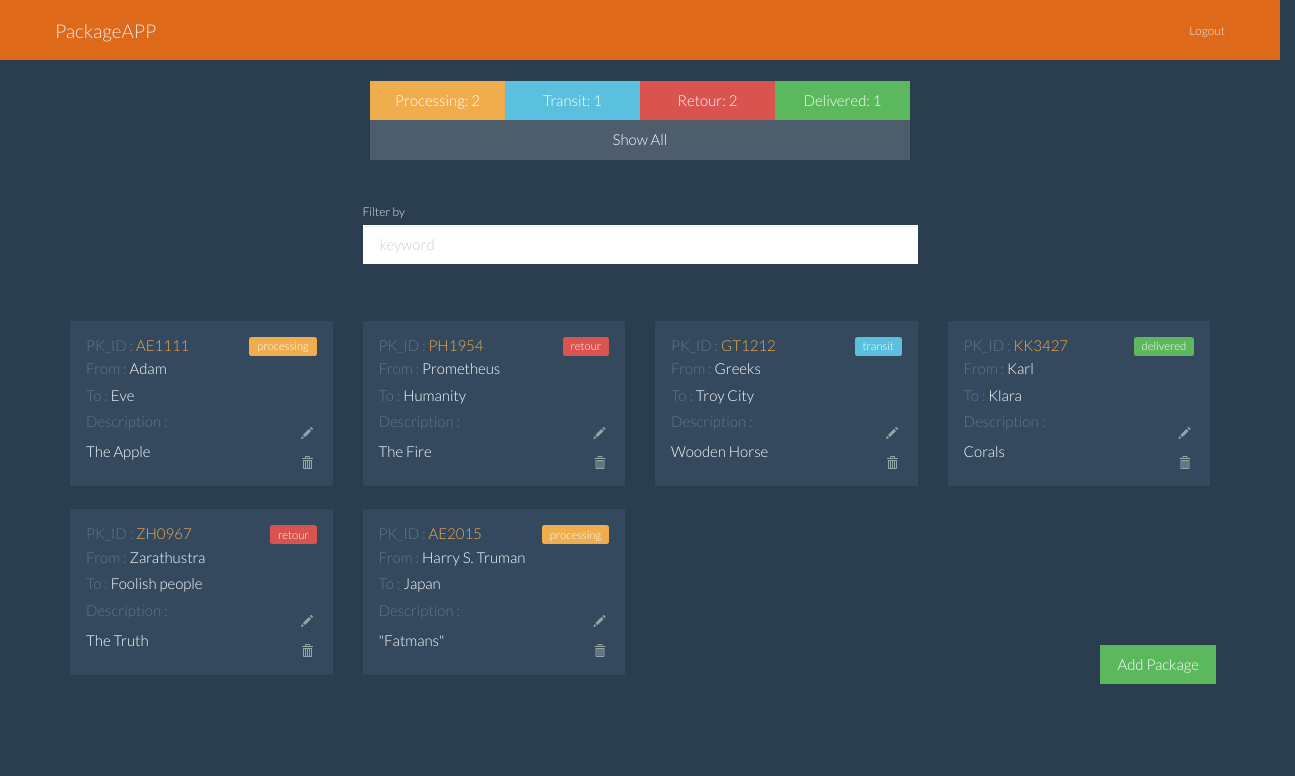
Repository: andreasmihm/aizat
Page: index.html
The author's editor kept a record of every edit. The page is drawn from the files as they stood at one moment, then again after the next edit.
The browser window is 1280 px wide. The page is 1295 px wide, so the pictures cover 1295 px, including what lies to the right of the window. The pictures show the whole page.

Above is the page before.

### index.html
<!DOCTYPE html>
<html>

<head>
  <meta charset="utf-8">
  <title>PackageAPP</title>

  <link rel="stylesheet" href="app/assets/bower_components/bootswatch-dist/css/bootstrap.min.css">
  <link rel="stylesheet" href="app/assets/style/main.css">
  <script src="app/assets/bower_components/jquery/dist/jquery.min.js"></script>
</head>

<body ng-app="PackageApp">

  <nav class="navbar navbar-inverse">
    <div id="wide_nav" class="container">
      <div class="navbar-header">
        <a class="navbar-brand" href="#">PackageAPP</a>
      </div>

      <ul class="nav navbar-nav navbar-right">
        <li><a href="#">Logout</a></li>
      </ul>
    </div>
  </nav>
  <div class="row">
    <div class="container" ng-controller="StatusCtrl">
      <div class="col-md-6 col-md-offset-3">
        <div class="btn-group btn-group-justified">
          <a href="#" class="btn btn-warning" ng-class="checked('processing') ? 'checked' : 'notCh' " ng-click="filterStatus('processing')">Processing: {{ getNumberStatus('processing') }} </a>
          <a href="#" class="btn btn-info" ng-class="checked('transit') ? 'checked' : 'notCh' " ng-click="filterStatus('transit')">Transit: {{ getNumberStatus('transit') }} </a>
          <a href="#" class="btn btn-danger" ng-class="checked('retour') ? 'checked' : 'notCh' " ng-click="filterStatus('retour')">Retour: {{ getNumberStatus('retour') }} </a>
          <a href="#" class="btn btn-success" ng-class="checked('delivered') ? 'checked' : 'notCh' " ng-click="filterStatus('delivered')">Delivered: {{ getNumberStatus('delivered') }} </a>
        </div>
        <div class="btn-group btn-group-justified">
          <a href="#" class="btn btn-default" ng-click="showAll()">Show All</a>
        </div>
      </div>
    </div>
  </div>

  <div class="break">
  </div>

  <div class="container" ng-controller="ListCtrl">
    <div class="row">
      <div class="form-group col-md-6 col-md-offset-3">
        <label class="control-label">Filter by</label>
        <div class="">
          <input class="form-control" placeholder="keyword" type="text" ng-model="search">
        </div>
      </div>
    </div>
    <div class="break">
    </div>
    <div class="row">
      <div class="col-lg-3 col-md-4 col-xs-6 animate-repeat" ng-repeat="pack in packs | filter:search | status">
        <div class="package">
          <div class="alert">
            <h5 class="list-group-item-heading"><span class="text-muted">PK_ID&#09;:</span> <span class="text-warning">{{pack.id}}</span><button type="button" class="btn label label-{{getClass(pack.id)}} pull-right" ng-click="cycStatus(pack.id)">{{pack.status}}</button></h5>
            <p><span class="text-muted">From :</span> {{pack.sen}}</p>
            <p><span class="text-muted">To :</span> {{pack.rec}}</p>
            <p><span class="text-muted">Description :</span></p>
            <h5>{{pack.desc}}</h5>
            <div class="package-ctrl">
              <button ng-click="edit(pack.id)" class="btn btn-sm btn-package"><span class="glyphicon glyphicon-pencil" aria-hidden="true"></span></button>
              <button ng-click="delete(pack.id)" class="btn btn-sm btn-package"><span class="glyphicon glyphicon-trash" aria-hidden="true"></span></button>
            </div>
          </div>
        </div>
      </div>
    </div>
  </div>

  <div class="container" ng-controller="AddCtrl">
    <button id="addPack" class="btn btn-success" ng-click="modalVis = true">Add Package</button>
    <div class="modal" ng-class="modalVis ? 'show' : 'hide' ">
      <div class="modal-dialog">
        <div class="modal-content">
          <div class="modal-header">
            <h4 class="modal-title">Add Package</h4>
          </div>
          <div class="modal-body">
            <form class="form-horizontal">
              <fieldset>
                <div class="form-group">
                  <label for="sender" class="col-lg-2 control-label">Sender</label>
                  <div class="col-lg-10">
                    <input type="text" class="form-control" id="sender" placeholder="sender name" ng-model="sender" required>
                  </div>
                </div>
                <div class="form-group">
                  <label for="recipient" class="col-lg-2 control-label">Recipient</label>
                  <div class="col-lg-10">
                    <input type="text" class="form-control" id="recipient" placeholder="recipient name" ng-model="recipient" required>
                  </div>
                </div>
                <div class="form-group">
                  <label for="description" class="col-lg-2 control-label">Description</label>
                  <div class="col-lg-10">
                    <textarea class="form-control" rows="3" id="description" ng-model="description" required></textarea>
                  </div>
                </div>

                <div class="form-group">
                  <div class="col-lg-10 col-lg-offset-2">
                    <button type="submit" class="btn btn-primary" ng-click="addPack()">Submit</button>
                    <button type="reset" class="btn btn-default" ng-click="modalVis = false">Cancel</button>
                  </div>
                </div>
              </fieldset>
            </form>
          </div>
        </div>
      </div>
    </div>
  </div>

  <div class="doubleBreak">

  </div>


  <!-- bootstrap dependencies -->
  <script src="app/assets/bower_components/bootswatch-dist/js/bootstrap.min.js"></script>
  <!-- angular dependencies -->
  <script src="app/assets/bower_components/angular/angular.min.js"></script>
  <script src="app/assets/bower_components/angular-local-storage/dist/angular-local-storage.min.js"></script>
  <script src="app/assets/bower_components/angular-animate/angular-animate.js"></script>
  <!-- angular appConfig -->
  <script src="app/app.js"></script>
  <script src="app/app.config.js"></script>
  <!-- angular controllers -->
  <script src="app/js/controllers/addCtrl.js"></script>
  <script src="app/js/controllers/statusCtrl.js"></script>
  <script src="app/js/controllers/listCtrl.js"></script>
  <!-- angular services -->
  <script src="app/js/services/packageService.js"></script>



</body>

</html>

### app/assets/style/main.css
#wide_nav {
    padding: 10px 0;
}

#id {
    display: block;
    height: 100px !important;
}

.break {
    width: 100%;
    height: 40px;
}

.doubleBreak {
    width: 100%;
    height: 80px;
}

.package {
    background:#34495e;
    margin: 2px 0;
}

.package-ctrl {
    position:absolute;
    right: 8%;
    bottom: 15%;
}

.btn-package {
    color: #95a5a6;
    background:#34495e;
    transition: all 0.3s;
    display: block;
}

.label {
    transition: all 0.4s;
}

.btn-package:hover {
}

.checked {
    opacity: 1;
}

.notCh {
    opacity: 0.3;
}

#addPack {
    position: fixed;
    bottom: 5%;
    right: 5%;
    background: #5cb85c;
}

.animate-repeat.ng-enter {
    animation: enter 0.3s;
    -webkit-animation: enter 0.3s;
}

.animate-repeat.ng-leave {
    animation: exit 0.3s;
    -webkit-animation: exit 0.3s;
}

.animate-repeat.ng-enter-stagger,
.animate-repeat.ng-leave-stagger,
.animate-repeat.ng-move-stagger {
  -webkit-animation-delay:0.25s;
  animation-delay:0.25s;
}


.text-muted {
    color: #63778a;
}

@keyframes enter {
    from {
        opacity: 0;
        transform: scale3d(.3, .3, .3);
    }
    50% {
        opacity: 1;
    }
}

@keyframes exit {
    from {
        opacity: 1;
    }
    to {
        opacity: 0;
        transform: scale3d(.3, .3, .3);
    }
}

### app/app.js
'use strict';

angular.module('PackageApp', ['ngAnimate']);

### app/app.config.js
/*angular.module('PackageApp').config(function() {

});*/

### app/js/controllers/addCtrl.js
angular.module('PackageApp').controller('AddCtrl', function($scope, packageService) {
    $scope.addPack = function() {
        if ($scope.sender && $scope.recipient && $scope.description) {
            var newPack = {
                id: $scope.sender.charAt(0).toUpperCase() + $scope.recipient.charAt(0).toUpperCase() + getRandom(),
                sen: $scope.sender,
                rec: $scope.recipient,
                desc: $scope.description,
                status: 'processing'
            };
            packageService.addPack(newPack);
            flushFields();
            $scope.modalVis = false;
        }
    }

    $scope.modalVis = false;

    function flushFields() {
        $scope.sender = '';
        $scope.recipient = '';
        $scope.description = '';
    };

    function getRandom() {
        return Math.floor(Math.random() * (9999 - 1111) + 1111);
    }
});

### app/js/controllers/statusCtrl.js
angular.module('PackageApp').controller('StatusCtrl', function($scope, packageService, checkedStatus) {
    $scope.getNumberStatus = function(status) {
        return packageService.getPackByStatus(status).length;
    }

    $scope.showAll = function(){
        checkedStatus.flush();
    }

    $scope.filterStatus = function(stat){
        checkedStatus.toggle(stat);
    }
    $scope.checked = function(stat){
        return checkedStatus.check(stat);
    }
}).factory('checkedStatus', function() {
    var checked = [];
    return {
        check: function(stat) {
            if(checked.length > 0)
                return (checked.indexOf(stat) > -1) ? true : false;
            else
                return true;
        },
        toggle: function(stat) {
            if (checked.indexOf(stat) == -1)
                return checked.push(stat);
            else
                checked = checked.filter(function(elem) {
                    return elem !== stat;
                });
        },
        flush: function(){
            checked = [];
        }
    }
}).filter('status', ['checkedStatus', function(checkedStatus) {
    return function(packs) {
        return packs.filter(function(pack){
            return checkedStatus.check(pack.status);
        });
    };
}]);

### app/js/controllers/listCtrl.js
angular.module('PackageApp').controller('ListCtrl', function($scope, packageService) {

    $scope.packs = packageService.getPacks();

    $scope.getClass = function(id) {
        var stat = packageService.getPackByID(id)[0].status;
        switch (stat) {
            case 'processing':
                return 'warning';
                break;
            case 'transit':
                return 'info';
                break;
            case 'retour':
                return 'danger';
                break;
            case 'delivered':
                return 'success';
                break;

            default:
                return 'default';
        }
    }
    $scope.cycStatus = function(id) {
        packageService.changeStatus(id);
    }
    $scope.delete = function(id) {
        packageService.deletePack(id);
        $scope.packs = packageService.getPacks();
    }

});

### app/js/services/packageService.js
angular.module('PackageApp').factory('packageService', function() {

    var packs = [{
        id: "AE1111",
        sen: "Adam",
        rec: "Eve",
        desc: "The Apple",
        status: "processing"
    }, {
        id: "PH1954",
        sen: "Prometheus",
        rec: "Humanity",
        desc: "The Fire",
        status: "retour"
    }, {
        id: "GT1212",
        sen: "Greeks",
        rec: "Troy City",
        desc: 'Wooden Horse',
        status: "transit"
    }, {
        id: "KK3427",
        sen: "Karl",
        rec: "Klara",
        desc: "Corals",
        status: "delivered"
    },{
        id: "ZH0967",
        sen: "Zarathustra",
        rec: "Foolish people",
        desc: "The Truth",
        status: "retour"
    }, {
        id: "AE2015",
        sen: "Harry S. Truman",
        rec: "Japan",
        desc: '"Fatmans"',
        status: "processing"
    }];
    return {
        getPacks: function() {
            return packs;
        },
        getPackByStatus: function(status) {
            return packs.filter(function(elem) {
                return elem.status == status;
            });
        },
        getPackByID: function(id) {
            return packs.filter(function(elem) {
                return elem.id == id;
            });
        },
        addPack: function(pack) {
            packs.push(pack);
        },
        changeStatus: function(id) {
            for (var i = 0; i < packs.length; i++) {
                if (packs[i].id === id) {
                    switch (packs[i].status) {
                        case 'processing':
                            packs[i].status = 'transit';
                            break;
                        case 'transit':
                            packs[i].status = 'delivered';
                            break;
                        case 'retour':
                            packs[i].status = 'processing';
                            break;
                        case 'delivered':
                            packs[i].status = 'retour';
                            break;
                        default:
                            packs[i].status = 'processing';
                    }
                }
            }
        },
        deletePack: function(del) {
            packs = packs.filter(function(elem) {
                return elem.id !== del;
            });
        }
    };
})

Loaded but not shown: app/assets/bower_components/bootswatch-dist/css/bootstrap.min.css (library); app/assets/bower_components/jquery/dist/jquery.min.js (library); app/assets/bower_components/bootswatch-dist/js/bootstrap.min.js (library); app/assets/bower_components/angular/angular.min.js (library); app/assets/bower_components/angular-local-storage/dist/angular-local-storage.min.js (library); app/assets/bower_components/angular-animate/angular-animate.js (library)

After the next edit:
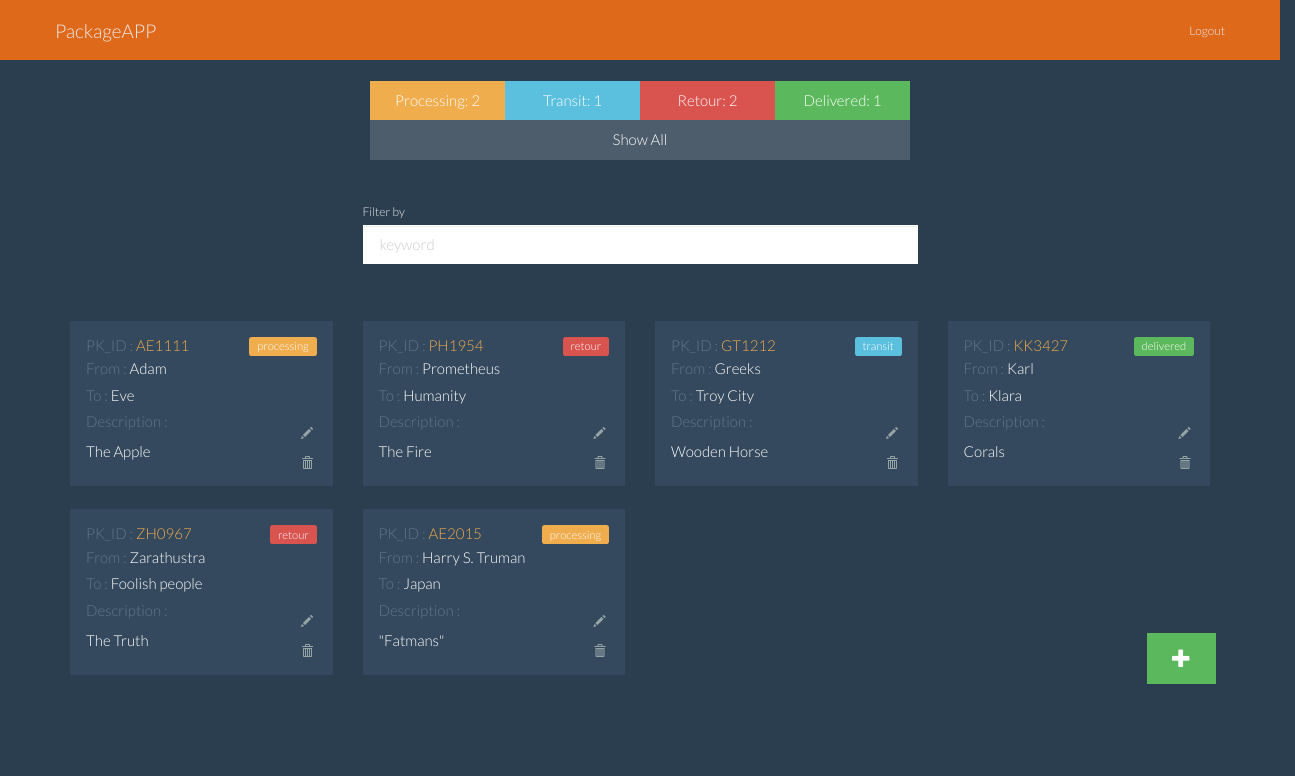
The edit:
--- a/index.html
+++ b/index.html
@@ -73,7 +73,7 @@
   </div>
 
   <div class="container" ng-controller="AddCtrl">
-    <button id="addPack" class="btn btn-success" ng-click="modalVis = true">Add Package</button>
+    <button id="addPack" class="btn btn-lg btn-success" ng-click="modalVis = true"><span class="glyphicon glyphicon-plus" aria-hidden="true"></span></button>
     <div class="modal" ng-class="modalVis ? 'show' : 'hide' ">
       <div class="modal-dialog">
         <div class="modal-content">
